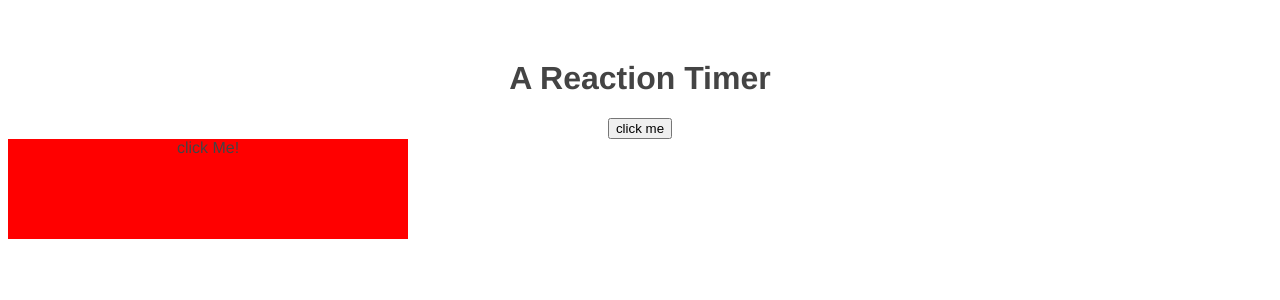
Repository: qudos4real/reaction-timer
Page: /
The author's editor kept a copy of each file at every save. The page is drawn from the files as they stood at one save, then again after the next save.
The browser window is 1280 px wide. The pictures show the whole page.
The project was rebuilt for these pictures with package versions that can differ from the ones it lists, and the page was loaded fresh each time. Also part of the build but not shown: vue.config.js.

Above is the page before, as saved 2022-12-27 22:32:45.

After the next save:
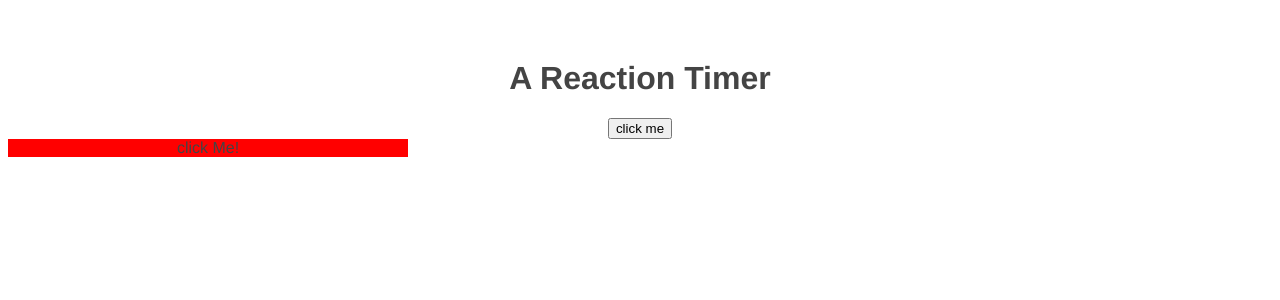
Saved 5 s later.
--- a/src/components/Block.vue
+++ b/src/components/Block.vue
@@ -13,7 +13,7 @@ export default {
 <style>
 .block {
     width: 400px;
-    height: 100px;
+    /* height: 100px; */
     background-color: red;
 }
 </style>
